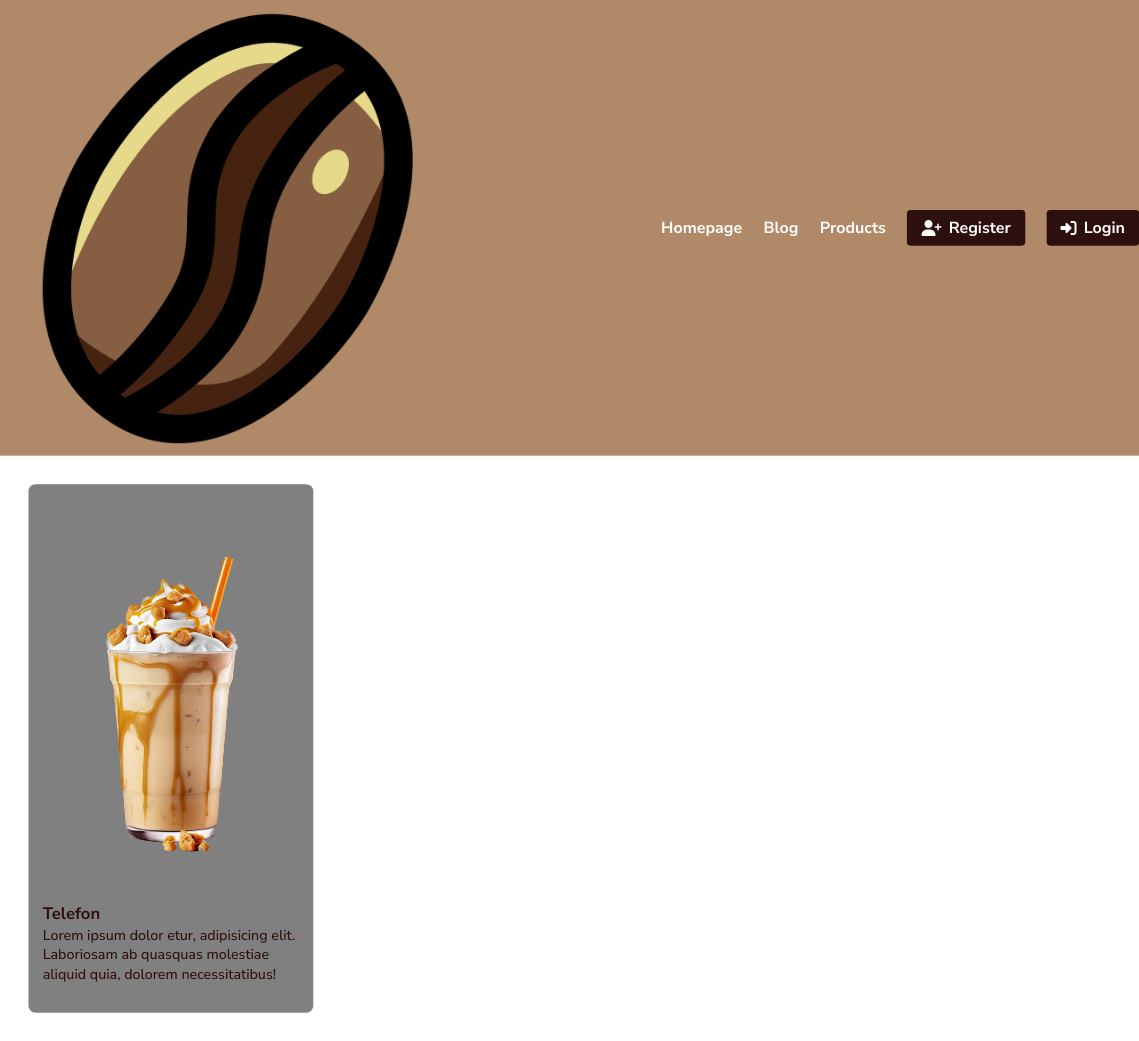
Repository: liviamucioniu/Coffee-Shop-Website
Page: index.html
The author's editor kept a copy of each file at every save. The page is drawn from the files as they stood at one save, then again after the next save.
The browser window is 1280 px wide. The pictures show the whole page, at 89% of full size.

Above is the page before, as saved 2023-10-20 17:45:49.

### index.html
<!DOCTYPE html>
<html lang="en">
    <head>
        <meta charset="UTF-8" />
        <meta name="viewport" content="width=device-width, initial-scale=1.0" />
        <title>Magazin online</title>
        <link rel="stylesheet" href="styles.css" />
        <script defer src="script.js"></script>
        <link rel="preconnect" href="https://fonts.googleapis.com" />
        <link rel="preconnect" href="https://fonts.gstatic.com" crossorigin />
        <link
            href="https://fonts.googleapis.com/css2?family=Montserrat:ital,wght@0,200;0,400;0,500;1,100;1,200;1,300;1,400;1,500&family=Nunito+Sans:ital,opsz,wght@0,6..12,200;0,6..12,300;0,6..12,500;0,6..12,600;0,6..12,700;0,6..12,900;0,6..12,1000;1,6..12,200;1,6..12,300;1,6..12,400;1,6..12,500;1,6..12,600;1,6..12,900;1,6..12,1000&family=Open+Sans:ital,wght@1,300&family=Poppins:ital,wght@0,400;1,300;1,500&display=swap"
            rel="stylesheet"
        />
        <link
            rel="stylesheet"
            href="https://cdnjs.cloudflare.com/ajax/libs/font-awesome/6.4.2/css/all.min.css"
            integrity="sha512-z3gLpd7yknf1YoNbCzqRKc4qyor8gaKU1qmn+CShxbuBusANI9QpRohGBreCFkKxLhei6S9CQXFEbbKuqLg0DA=="
            crossorigin="anonymous"
            referrerpolicy="no-referrer"
        />
    </head>
    <body>
        <header id="header">
            <img class="logo" src="./assets/logo.png" alt="Logo" />
            <nav class="navigation">
                <a class="link" href="#">Homepage</a>
                <a class="link" href="#">Blog</a>
                <a class="link" href="#">Products</a>
                <a class="link button" href="#">
                    <i class="fa-solid fa-user-plus"></i> Register</a
                >
                <a class="link button" href="#">
                    <i class="fa-solid fa-right-to-bracket"></i> Login</a
                >
            </nav>
        </header>
        <section id="product-list">
            <div class="product-card">
                <img
                    class="product-image"
                    src="./assets/images/frappe.png"
                    alt="Frappe"
                />
                <h3 class="product-name">Telefon</h3>
                <p class="product-description">
                    Lorem ipsum dolor etur, adipisicing elit. Laboriosam ab
                    quasquas molestiae aliquid quia, dolorem necessitatibus!
                </p>
            </div>
        </section>
    </body>
</html>

### styles.css
:root {
    --coffee-color-1: #ede0d4;
    --coffee-color-2: #e6ccb2;
    --coffee-color-3: #ddb892;
    --coffee-color-4: #b08968;
    --coffee-color-5: #7f5539;
    --coffee-color-6: #9c6644;
    --color-light: #fffefd;
    --color-dark: #2d100e;
}

html {
    font-size: 16px;
}

*,
*::before,
*::after {
    margin: 0;
    padding: 0;
}

body {
    color: var(--color-dark);
    font-family: "Nunito Sans", sans-serif;
}

@media screen and (max-width: 560px) {
    html {
        font-size: 12px;
    }
}

#header {
    padding: 2rem 1 rem;
    background-color: var(--coffee-color-4);
    display: flex;
    justify-content: space-between;
}

header .logo {
    max-width: ;
}

#header .navigation {
    display: flex;
    align-items: center;
    gap: 1.5rem;
}

#header .navigation .link {
    font-size: 1.125rem;
    text-decoration: none;
    color: var(--color-light);
    font-weight: 700;
    transition: all 0.3s ease-in-out;
}

#header .navigation .link:hover {
    color: var(--color-dark);
}

#header .navigation .link.button {
    display: flex;
    align-items: center;
    gap: 0.5rem;
    padding: 0.5rem 1rem;
    background-color: var(--color-dark);
    border-radius: 0.25rem;
}

#header .navigation .link.button:hover {
    background-color: var(--coffee-color-3);
}

#product-list {
    display: flex;
    gap: 1.5rem;
    padding: 2rem;
    flex-wrap: wrap;
}

.product-card {
    border-radius: 0.5rem;
    max-width: 18rem;
    background-color: gray;
    padding: 2rem 1rem;
}

.product-image {
    max-width: 100%;
}

### script.js
// const title = document.getElementById("title");
// console.log(title);
// title.classList.add("main");

After the next save:
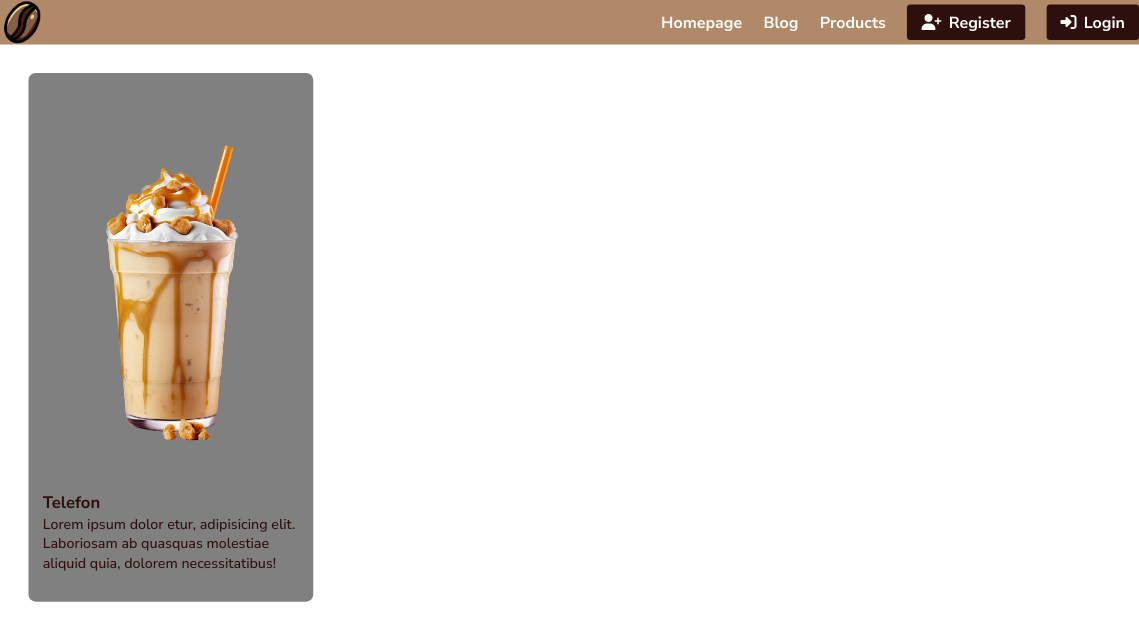
Saved 8 s later.
--- a/styles.css
+++ b/styles.css
@@ -39,7 +39,7 @@ body {
 }
 
 header .logo {
-    max-width: ;
+    max-width: 50px;
 }
 
 #header .navigation {
